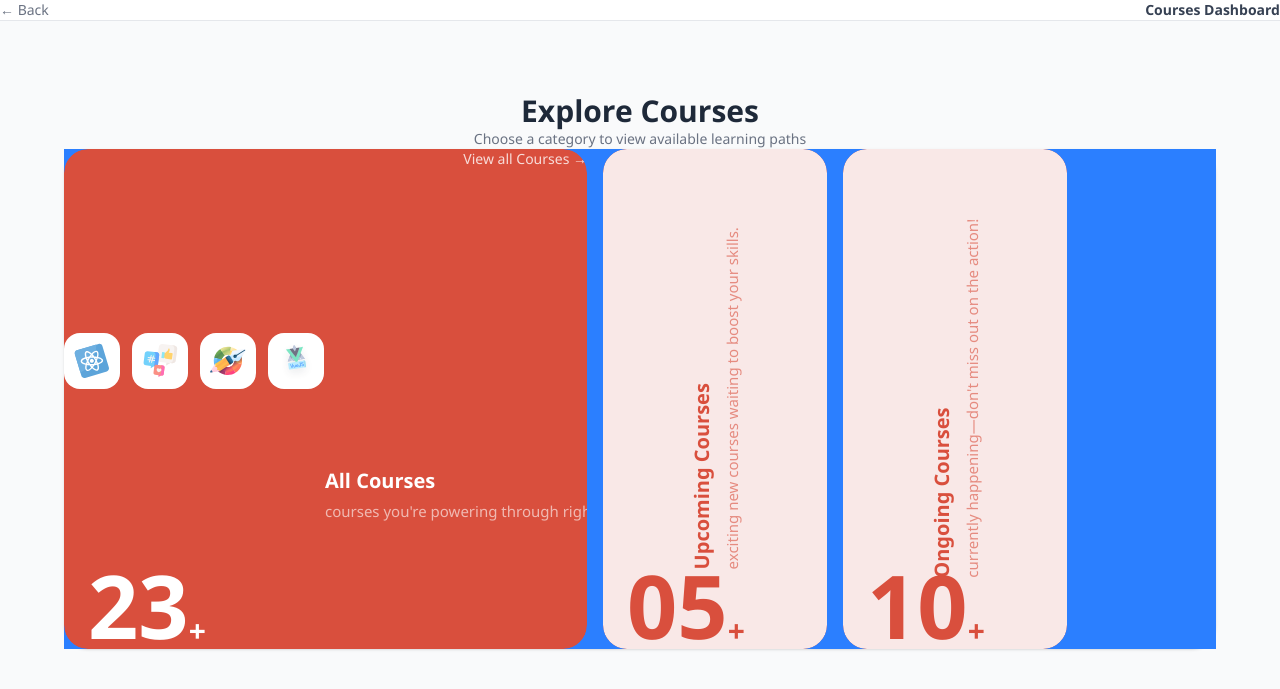
Repository: RahulRajKhadka/nextjs-dashboard-app
Page: /task2
An editor plug-in stored every save of this project. The page is shown before and after the next save, followed by the edit.
The browser window is 1280 px wide. The pictures show the whole page.
The project was rebuilt for these pictures with package versions that can differ from the ones it lists, and the page was loaded fresh each time. The framework's server and built-in components were replaced by stand-ins that run in the browser. Also part of the build but not shown: next.config.ts.

Above is the page before, as saved 2026-04-10 11:23:09.

After the next save:
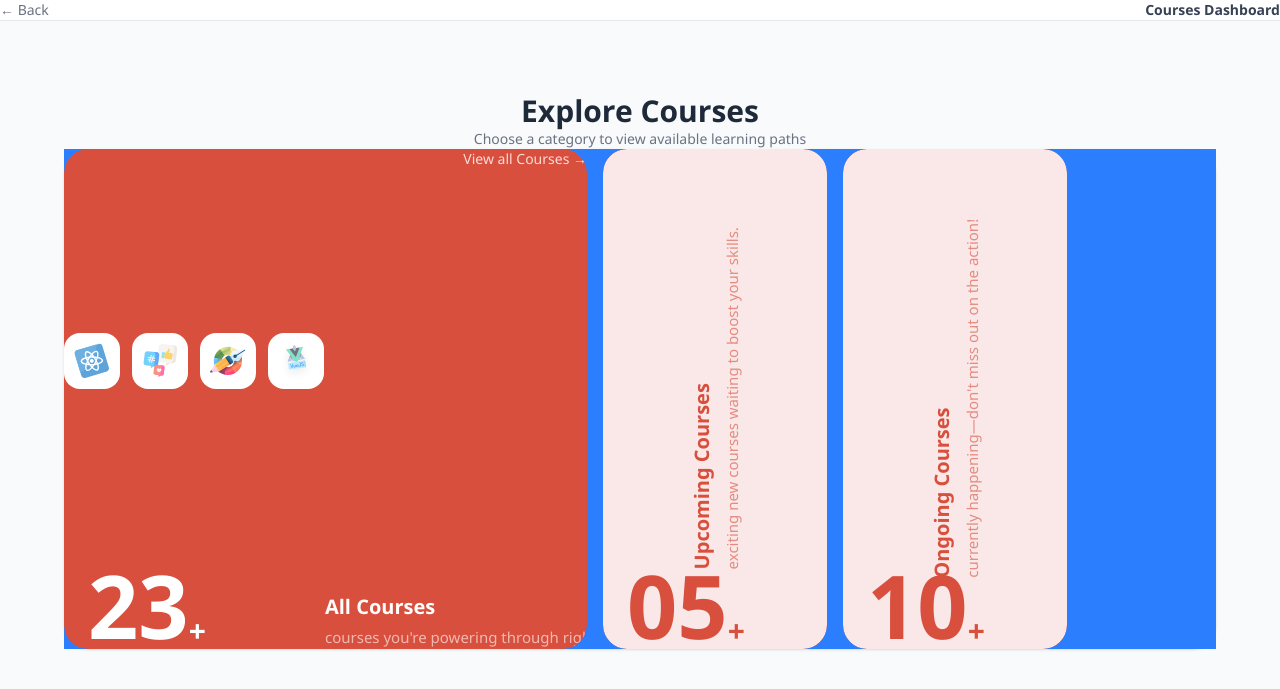
Saved 9 min 32 s later.
--- a/src/components/task2/CourseCard.tsx
+++ b/src/components/task2/CourseCard.tsx
@@ -162,7 +162,7 @@
           ref={collapsedLabelRef}
           className="flex flex-col gap-1"
           style={{
-            transform: "rotate(-90deg)",
+
             color: course.textColor,
           }}
         >

After the save that followed:
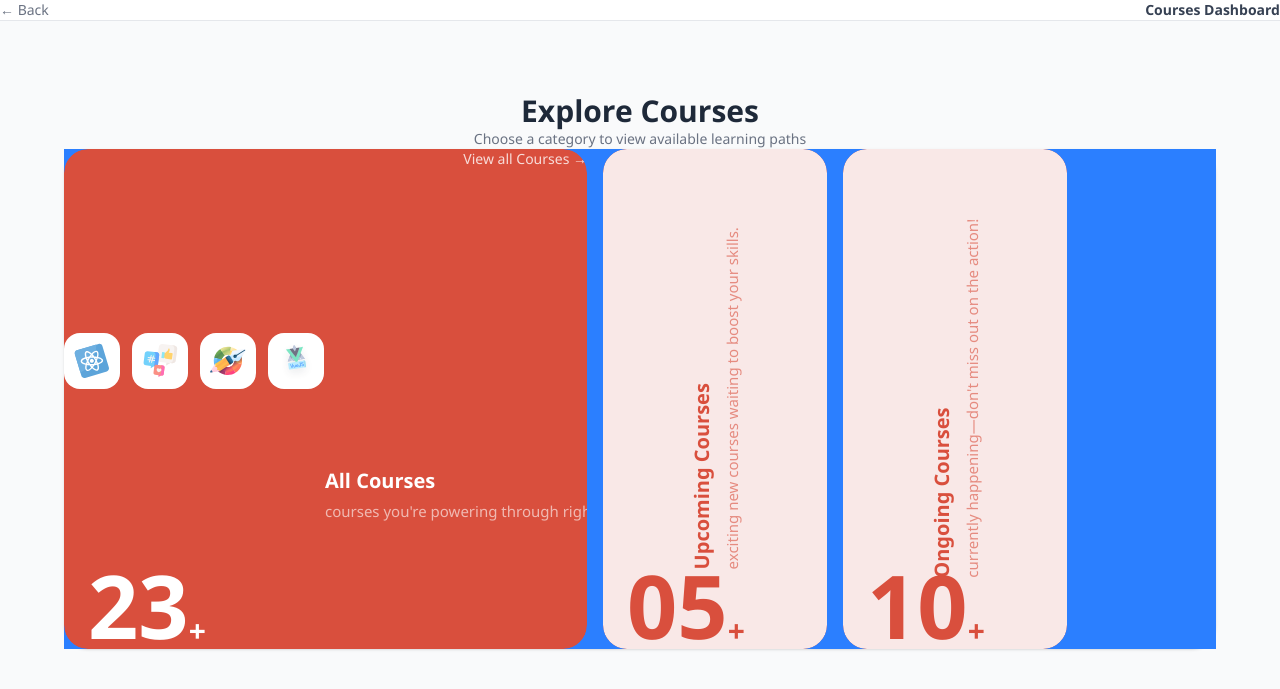
Saved 32 s later.
--- a/src/components/task2/CourseCard.tsx
+++ b/src/components/task2/CourseCard.tsx
@@ -162,7 +162,7 @@
           ref={collapsedLabelRef}
           className="flex flex-col gap-1"
           style={{
-
+            transform: "rotate(-90deg)",
             color: course.textColor,
           }}
         >
